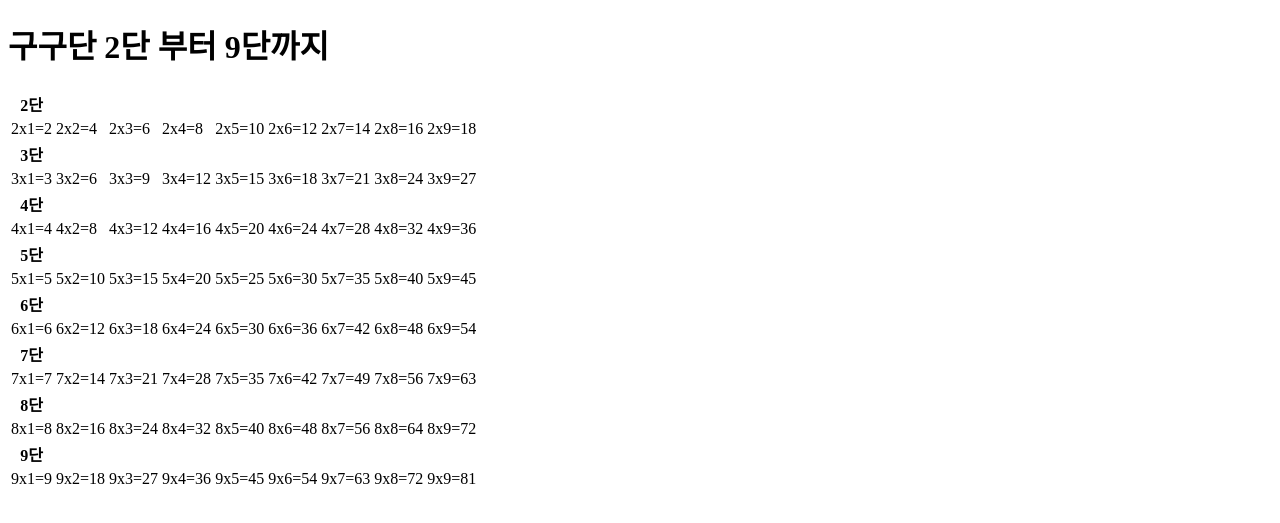
Repository: hyeongu135-ui/Jsp2026
Page: http://localhost/chapter01/test02.jsp
An editor plug-in stored every save of this project. The page is shown before and after the next save, followed by the edit.
The browser window is 1280 px wide. The pictures show the whole page.
The page is served by Tomcat 9.

Above is the page before, as saved 2026-10-16 04:16:01.

After the next save:
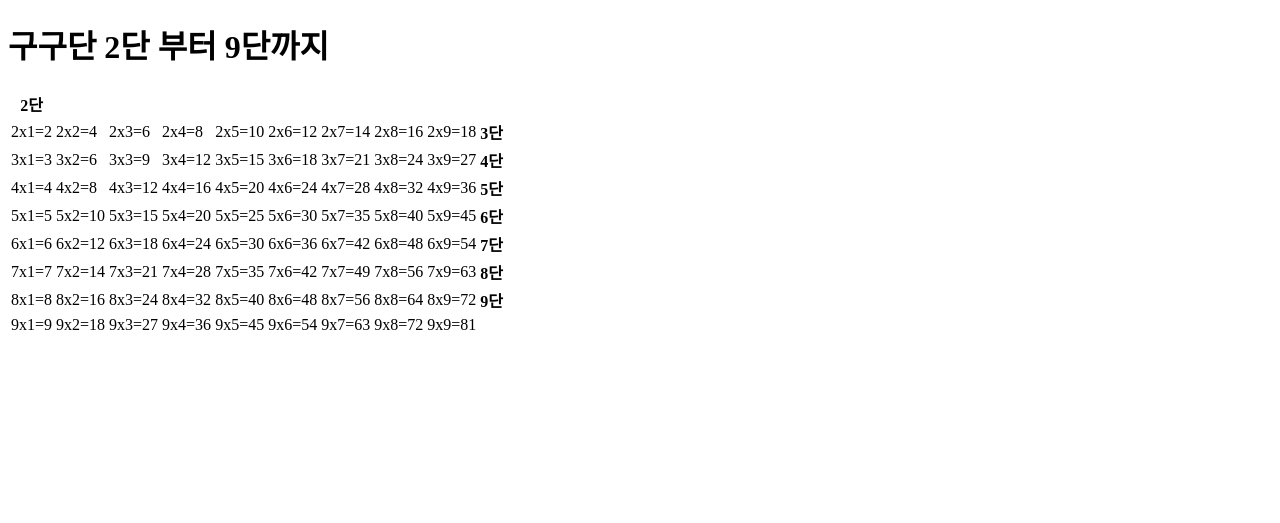
Saved 34 s later.
--- a/chapter01/src/main/webapp/test02.jsp
+++ b/chapter01/src/main/webapp/test02.jsp
@@ -20,7 +20,6 @@
 			%>
 		</th>
 		</tr>
-		<tr>
 		<%
 		for (int j = 1; j < 10; j++) {
 			int sum = (i * j);
@@ -29,7 +28,7 @@
 			<td><%=i + "x" + j + "=" + sum%></td>
 		<%
 		}
-		%></tr>
+		%>
 		<%
 		}
 		%>

After the save that followed:
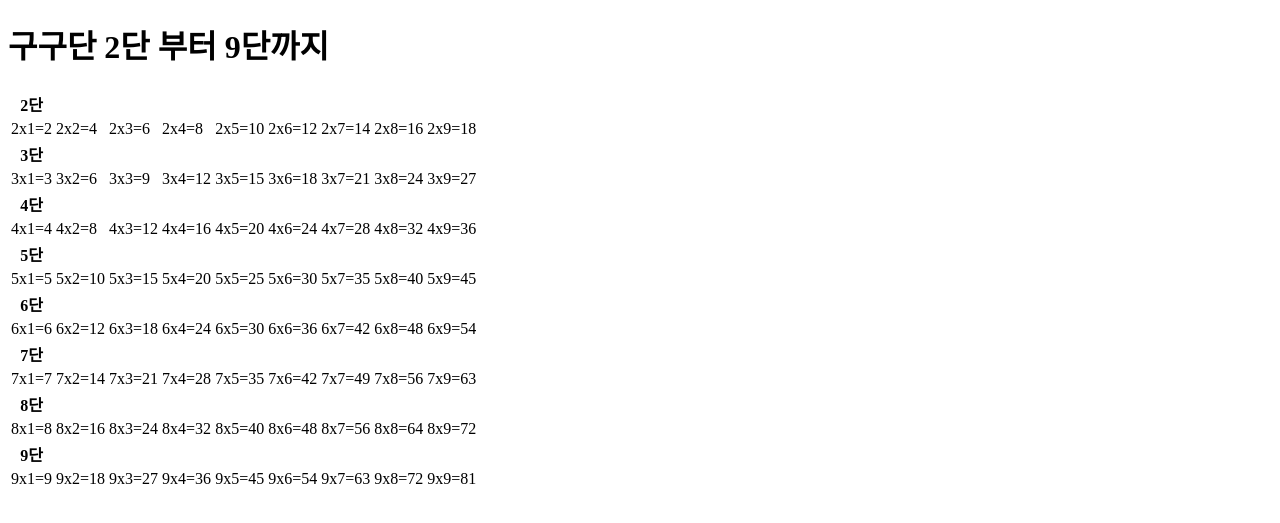
Saved 6 s later.
--- a/chapter01/src/main/webapp/test02.jsp
+++ b/chapter01/src/main/webapp/test02.jsp
@@ -20,6 +20,7 @@
 			%>
 		</th>
 		</tr>
+
 		<%
 		for (int j = 1; j < 10; j++) {
 			int sum = (i * j);
@@ -28,7 +29,7 @@
 			<td><%=i + "x" + j + "=" + sum%></td>
 		<%
 		}
-		%>
+		%></tr>
 		<%
 		}
 		%>
